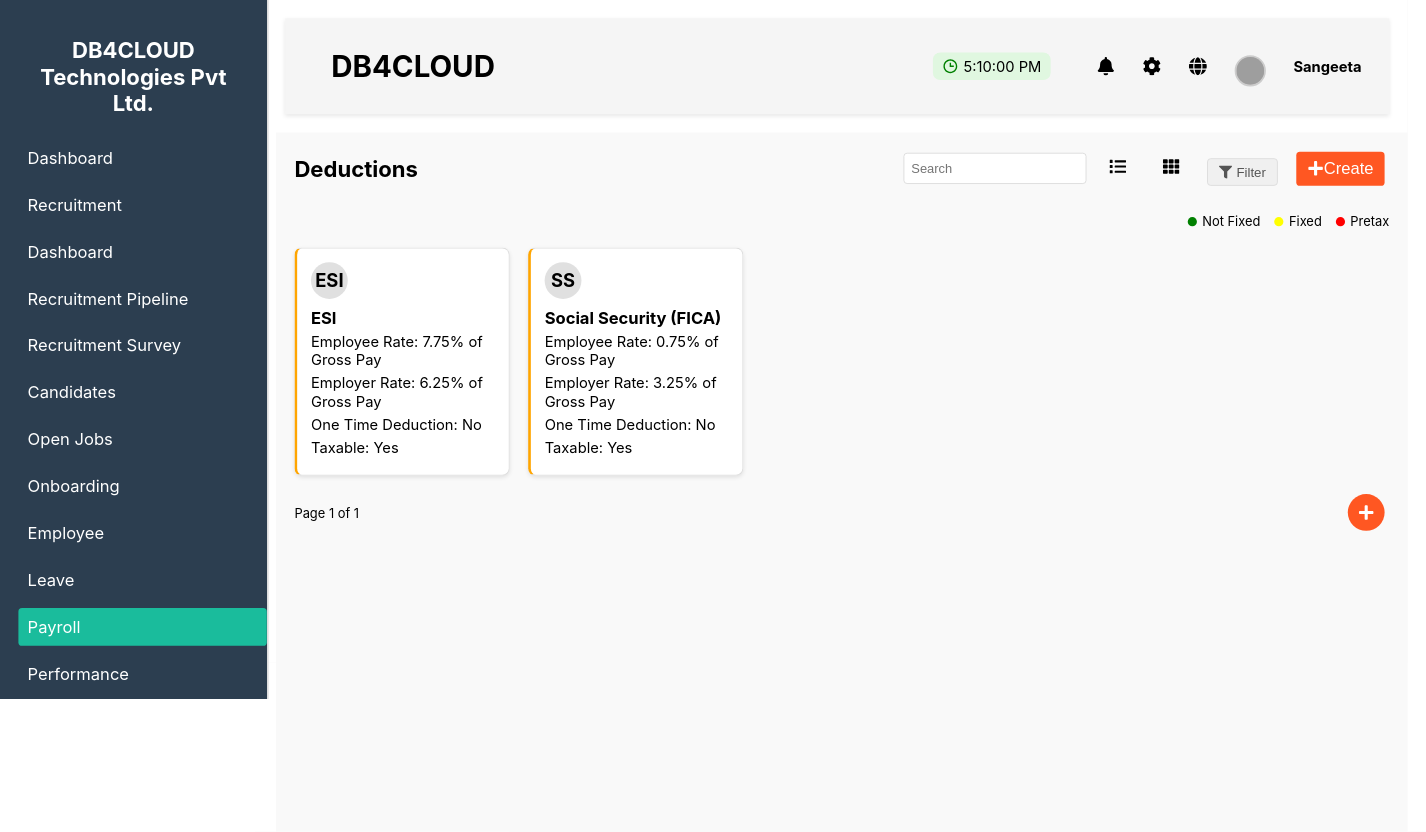
Repository: tinu-ns/Dev-code
Page: /payroll/deductions (app in HRMS-DEMO-Sang/hrms/)
These files come from the project's save history. The page is drawn as it stood at one moment and after the next save; the edit follows.
The browser window is 1280 px wide. The page is 1550 px wide, so the pictures cover 1550 px, including what lies to the right of the window. The pictures show the whole page, at 92% of full size.
Pictures or frames that could not be fetched are drawn as grey boxes. The project was rebuilt for these pictures with package versions that can differ from the ones it lists, and the page was loaded fresh each time. Also part of the build but not shown: HRMS-DEMO-Sang/hrms/src/components/Dashboard.js, HRMS-DEMO-Sang/hrms/src/components/Recruitment/RecruitmentDashboard.js, HRMS-DEMO-Sang/hrms/src/components/Recruitment/RecruitmentPipeline.js, HRMS-DEMO-Sang/hrms/src/components/Payroll/Allowances.js, HRMS-DEMO-Sang/hrms/src/components/Payroll/Contract.js, HRMS-DEMO-Sang/hrms/src/components/Payroll/Payslips.js, HRMS-DEMO-Sang/hrms/src/components/Payroll/PayrollDashboard.js, HRMS-DEMO-Sang/hrms/src/components/MainContent.css and 5 more.

Above is the page before, as saved 2024-11-11 16:30:10.

### HRMS-DEMO-Sang/hrms/src/App.css
.app{
  display: flex;
  height: 100vh;
  background-color: #f4f4f4;
  width: 100vw;
  padding-left: 250px;
}

.content-container{
  flex-grow: 1;
  padding: 20px;
  background-color: #fff;        /**/
  display: flex;
  flex-direction: column;
  width: calc(100% - 250px); /* Adjust width to account for sidebar */
}

.main-section{
  display: flex;
  justify-content: space-between;
  padding: 20px;
  width: 100%;
  height: 100%;
  flex-grow: 1;

}


.sidebar {
  width: 250px;
  background-color: #2c3e50;
  position: fixed;
  height: 100vh;
  flex-shrink: 0;
  position: fixed;
  left: 0;
  top: 0;
}

### HRMS-DEMO-Sang/hrms/src/components/Sidebar.css
 .container{
    display: flex;
    height: 100vh;
    margin-right: 10px;
}

/*
.content{
    flex-grow: 1;
    padding: 20px;
    padding-left: 50px;

}  */

.sidebar {
    width: 200px;
    height: 100vh;
    background-color: #503f2c;
    padding: 20px;
    color: white;
    height: 100vh;
    position: fixed;
    top: 0;
    left: 0;
    border-right: 2px solid #ddd;
    overflow-y: auto;        /* Allows vertical scrolling */
    margin-right: 200px;
    z-index: 1000;

  }



  .sidebar h2{
    text-align: center;
    margin-bottom: 30px;
    font-size: 24px;
  }

  .sidebar-list{
    list-style-type: none;
    padding: 0;
  }


  .sidebar-list li{
    margin-bottom: 15px;
  }

  .sidebar-list li a {
    color: white;
    text-decoration: none;
    font-size: 18px;
    padding: 10px;
    border-radius: 4px;
    display: block;
  }

  .sidebar-list li a:hover{
    color: #1abc9c;
  }

  .sidebar-list li a.active{
    background-color: #1abc9c;
    color: white;
  }

  .sidebar {
    width: 250px;
    background-color: #2E3A46;
    color: #FFF;
    padding: 20px;
    height: 100vh;
  }

  .sidebar h2 {
    font-size: 1.5em;
    margin-bottom: 1em;
  }

  .sidebar ul {
    list-style: none;
    padding: 0;
  }

  .sidebar li {
    margin: 10px 0;
  }

  .sidebar li ul {
    margin-top: 5px;
  }

  .sidebar a {
    color: #FFF;
    text-decoration: none;
  }

  .sidebar a:hover {
    text-decoration: underline;
  }

  .sidebar a.active {
    color: #20c997;
  }

  .sidebar ul li a:hover, .menu-toggle:hover {
    background-color: #34495e;
  }

  .menu-toggle {
    background: none;
    border: none;
    color: #ecf0f1;
    font-size: 1rem;
    text-align: left;
    cursor: pointer;
    width: 100%;
    padding: 10px;
  }

  .submenu {
    list-style-type: none;
    padding-left: 20px;
  }

  .submenu li a {
    padding-left: 20px;
    font-size: 0.9rem;
  }

### HRMS-DEMO-Sang/hrms/src/components/Recruitment/RecruitmentPipeline.css
.pipeline-container {
    padding: 20px;
    background-color: #f5f5f5;
    border-radius: 8px;
  }

  .pipeline-section {
    margin-top: 20px;
  }

  .pipeline-section h3 {
    background-color: #f8f9fa;
    padding: 10px;
    border-left: 5px solid #ffa500;
  }

  .recruitment-table {
    width: 100%;
    border-collapse: collapse;
  }

  .recruitment-table th,
  .recruitment-table td {
    padding: 10px;
    border-bottom: 1px solid #ddd;
    text-align: left;
  }

  .recruitment-table th {
    background-color: #f1f1f1;
  }

  button {
    padding: 5px 10px;
    margin: 0 5px;
    border: none;
    border-radius: 4px;
    cursor: pointer;
  }

  button:hover {
    background-color: #ddd;
  }

### HRMS-DEMO-Sang/hrms/src/components/Payroll/Deductions.css
.deduction-container {
    padding: 20px;
    background-color: #f9f9f9;
    width: 100%;
    height: 100vh;
  }

  .deduction-header {
    display: flex;
    justify-content: space-between;
    align-items: center;
    margin-bottom: 20px;
  }

  .deduction-header h2 {
    margin: 0;
    font-size: 24px;
  }
        /* For controlers like search filter list card icons*/
  .controls {
    display: flex;
    align-items: center;
    gap: 10px;
  }

  .search-input {
    padding: 8px;
    border: 1px solid #ccc;
    border-radius: 4px;
  }

  .view-toggle, .create-btn {
    background: none;
    border: none;
    font-size: 18px;
    cursor: pointer;
  }

  .filter-btn{
    background-color: #007bff;
    color: white;
    padding: 8px 12px;
    border: none;
    border-radius: 4px;
    cursor: pointer;
    display: flex;
    align-items: center;
    gap: 5px;
  }


  /*   for create account   */
   .create-btn {
    display: flex;
    align-items: center;
    padding: 8px 12px;
    background-color: #ff5722;
    color: white;
    border-radius: 4px;
    cursor: pointer;
  }


  .create-btn:hover {
    background-color: #0056b3;
  }

  .create-allowance-form {
    padding: 15px;
    margin-bottom: 20px;
    border: 1px solid #ccc;
    border-radius: 8px;
    background-color: #f9f9f9;
  }

  .allowances-list .allowance-item {
    padding: 10px;
    margin: 10px 0;
    border: 1px solid #ddd;
    border-radius: 5px;
  }

  .info-icon {
    margin-left: 5px;
    color: #888;
    cursor: pointer;
  }

  .info-icon:hover {
    color: #333;
  }

  /**/

  .status-indicators {
    display: flex;
    gap: 15px;
    font-size: 14px;
    margin-top: 10px;
    margin-bottom: 20px;
    justify-content: end;
  }

  .dot {
    display: inline-flex;
    align-items: center;
  }

  .dot::before {
    content: '';
    display: inline-block;
    width: 10px;
    height: 10px;
    margin-right: 6px;
    border-radius: 50%;
  }

  .not-fixed::before {
    background-color: green;
  }

  .fixed::before {
    background-color: yellow;
  }

  .non-taxable::before {
    background-color: gray;
  }

  .taxable::before {
    background-color: red;
  }

  .card-view {
    display: flex;
    gap: 20px;
    flex-wrap: wrap;

  }

  .allowance-card {
    background: white;
    border: 1px solid #ddd;
    border-radius: 8px;
    padding: 15px;
    width: 200px;
    box-shadow: 0 2px 5px rgba(0, 0, 0, 0.1);
    border-left: 3px solid rgb(255, 165, 0);
  }

  .card-icon {
    font-size: 20px;
    font-weight: bold;
    background: #e0e0e0;
    width: 40px;
    height: 40px;
    display: flex;
    align-items: center;
    justify-content: center;
    border-radius: 50%;
    margin-bottom: 10px;

  }

  .card-content h3 {
    margin: 0;
    font-size: 18px;
  }

  .card-content p {
    margin: 5px 0;
  }


  .list-view {
    background: white;
    border-radius: 8px;
    overflow: hidden;
    box-shadow: 0 2px 5px rgba(0, 0, 0, 0.1);
  }

  .table-container {
    overflow-x: auto;
    max-width: 100%;
    margin-top: 20px;
    position: relative;
    display: flex;
  }

  table {
    width: 100%;
    border-collapse: collapse;
  }

  th, td {
    padding: 5px;
    text-align: left;
  }

  thead th {
    background-color: #f0f0f0;
    position: sticky;
    top: 0;
    z-index: 2;
  }


  table th, table td {
    padding: 5px;
    text-align: left;
    border-bottom: 1px solid #ddd;
    border: 1px solid;
  }

  .sticky-column {
    position: sticky;
    left: 0;
    background-color: rgb(230, 220, 220);
    box-shadow: 2px 0 5px rgba(0, 0, 0, 0.1);
    z-index: 1;
    width: 150px;

  }

  /* Updated scrollable column style */
.scrollable-column {
    min-width: 120px; /* Minimum width for scrollable columns */
    border: 1px solid red;

  }

  .sticky-column:last-child {
    right: 0;
    left: auto;
  }

  tbody tr:nth-child(even) {
    background-color: #f9f9f9;
  }


  td.sticky-column {
    box-shadow: 2px 0 5px rgba(0, 0, 0, 0.1);

  }

  .edit-btn, .delete-btn {
    background: none;
    border: none;
    cursor: pointer;
    font-size: 16px;
    margin-right: 8px;
    display: flex;
  }

  .edit-btn {
    color: #007bff;
  }

  .delete-btn {
    color: #ff5722;
  }

  .footer {
    display: flex;
    justify-content: space-between;
    align-items: center;
    padding-top: 20px;
  }

  .footer span {
    font-size: 14px;
  }

  .add-btn {
    background-color: #ff5722;
    color: white;
    font-size: 18px;
    width: 40px;
    height: 40px;
    border: none;
    border-radius: 50%;
    display: flex;
    align-items: center;
    justify-content: center;
    cursor: pointer;
  }

  .filter-popup {
    position: absolute;
    top: 34%; /* Adjust based on your header */
    right: 50px; /* Adjust for alignment */
    background-color: white;
    border: 1px solid #ddd;
    border-radius: 8px;
    box-shadow: 0 4px 8px rgba(0, 0, 0, 0.1);
    padding: 16px;
    z-index: 100;
    width: 300px;
  }

  .filter-form .filter-row {
    margin-bottom: 10px;
  }

  .filter-form label {
    font-weight: bold;
  }

  .filter-form select {
    width: 100%;
    padding: 8px;
  }

  .filter-form button {
    width: 100%;
    padding: 10px;
    background-color: #4CAF50;
    color: white;
    border: none;
    cursor: pointer;
  }

  .filter-form button:hover {
    background-color: #45a049;
  }

  .active-filters {
    margin-top: 10px;
    display: flex;
    gap: 8px;
    flex-wrap: wrap;
  }

  .filter-tag {
    display: inline-flex;
    align-items: center;
    background-color: #f0f0f0;
    color: #333;
    padding: 4px 8px;
    border-radius: 20px;
    font-size: 14px;
  }

  .filter-tag button {
    background: none;
    border: none;
    color: #666;
    margin-left: 5px;
    font-size: 14px;
    cursor: pointer;
  }

  .filter-tag button:hover {
    color: #000;
  }

### HRMS-DEMO-Sang/hrms/src/components/Header.css
.bg-container{
  padding-left: 30px;

}

.header {
    background-color: #f5f5f5;
    padding: 10px 20px;
    display: flex;
    justify-content: space-between;
    align-items: center;
    box-shadow: 0px 2px 5px rgba(0, 0, 0, 0.1);
  }

  .header-left {
    display: flex;
    align-items: center;
  }

  .menu-button {
    font-size: 24px;
    background: none;
    border: none;
    cursor: pointer;
  }

  .h1{
    margin-left: 15px;
    font-size: 24px;
    color: red! important ;
  }

  .header-right{
    display: flex;
    align-items: center;
  }

  .icon{
    margin-left: 20px;
    font-size: 20px;
    cursor: pointer;
  }

  .time-box {
    display: flex;
    align-items: center;
    background-color: #e0f7e0;
    padding: 5px 10px;
    border-radius: 8px;
    margin-right: 20px;
  }

  .time-icon {
    margin-right: 5px;
    font-size: 18px;
    color: green;
  }

  .user-profile{
    display: flex;
    align-items: center;
    cursor: pointer;
    position: relative;
  }

  .user-avatar{
    padding: 20px;
  }

  .avatar{
    width: 40px;
    height: 40px;
    background-color: #d4d4d4;
    border-radius: 50%;
    display: flex;
    justify-content: center;
    align-items: center;
    font-size: 18px;
    color: white;
    margin-right: 10px;

  }

  .user-name{
    font-weight: bold;
  }

  .dropdown{
    position: absolute;
    top: 50px;
    right: 0;
    background-color: #fff;
    box-shadow: 0px 2px 8px rgba(0, 0, 0, 0.1);
    border-radius: 5px;
    z-index: 100;
  }

  .dropdown ul {
    list-style-type: none;
    padding: 10px;
    margin: 0;
  }

  .dropdown ul li {
    padding: 10px 15px;
    cursor: pointer;
  }

  .dropdown ul li:hover {
    background-color: #f5f5f5;
  }

  .user-info {
    display: flex;
    align-items: center;
  }

  .user-name {
    margin-right: 10px;
  }

### HRMS-DEMO-Sang/hrms/src/components/Payroll/CreateDeduction.css

.main-container{
    border: 1.5px solid rgb(246, 235, 235);
    padding: 20px;
    max-width: 700px;
    margin: 40px auto;
    background-color: #ffffff;
    box-shadow: 0 4px 10px rgba(0, 0, 0, 0.1);
    border-radius: 8px;
    height: 130vh;
  }

.create-allowance-container {
    padding: 30px;
    max-width: 700px;
    margin: 40px auto;
    background-color: #ffffff;
    border-radius: 8px;
    border: 1.5px solid rgb(216, 212, 212);

  }


  .create-allowance-container h2 {
    text-align: start;
    color: #333;
    font-size: 1.8rem;
    margin-bottom: 20px;

  }

  .create-allowance-container hr{
    margin-bottom: 30px;
  }

  .form-row {
    display: flex;
    justify-content: space-between;
    gap: 20px;
    margin-bottom: 20px;
  }

  .form-group {
    flex: 1;
  }

  .form-group.half-width {
    flex: 0.5;
  }

  .form-group label {
    display: flex;
    align-items: center;
    font-weight: 600;
    color: black;
    margin-bottom: 5px;
    font-size: 15px;
  }

  .form-group label span {
    color: #ff4d4d;
    margin-left: 4px;
  }

  .info-icon {
    margin-left: 5px;
    color: #888;
    cursor: help;
    font-size: 0.85rem;
  }

  input[type="text"],
  input[type="date"],
  input[type="number"],
  select {
    width: 100%;
    padding: 8px;
    border: 1px solid #ddd;
    border-radius: 4px;
    font-size: 1rem;
    font-size: 14px;
    color: rgb(199, 108, 137);

  }

  .filter-btn {
    background-color: #f0f0f0;
    color: #555;
    padding: 6px 12px;
    border: 1px solid #ddd;
    border-radius: 4px;
    font-size: 0.9rem;
    cursor: pointer;
    margin-top: 8px;
  }

  .filter-icons {
    display: flex;
    gap: 5px;
    margin-top: 8px;
    justify-content: end;
    padding: 6px;
  }

  .small-filter-icon {
    font-size: 1.2rem;
    color: orangered;
    text-align: end;
  }

  .filter-span{
    color: orangered;
  }

  /* Toggle Switch */
  .toggle-switch {
    position: relative;
    display: inline-block;
    width: 40px;
    height: 20px;
    margin-top: 8px;
  }

  .toggle-switch input {
    opacity: 0;
    width: 0;
    height: 0;
  }

  .slider {
    position: absolute;
    cursor: pointer;
    top: 0;
    left: 0;
    right: 0;
    bottom: 0;
    background-color: rgb(219, 198, 198);
    transition: 0.4s;
    border-radius: 20px;
  }

  .slider:before {
    position: absolute;
    content: "";
    height: 16px;
    width: 16px;
    left: 2px;
    bottom: 2px;
    background-color: white;
    transition: 0.4s;
    border-radius: 50%;
  }

  input:checked + .slider {
    background-color: orangered;
  }

  input:checked + .slider:before {
    transform: translateX(15px);
  }

  .condition-options{
    font-size: 12px;
    color: rgb(151, 146, 146);
  }

  /* Multi-select box and tag styles */
.multi-select-box {
    display: flex;
    flex-wrap: wrap;
    align-items: center;
    gap: 5px;
    border: 1px solid #ddd;
    padding: 5px;
    border-radius: 4px;
    background-color: #f9f9f9;
  }

  .tag {
    display: flex;
    align-items: center;
    background-color: #a8b4c0;
    color: #ffffff;
    border-radius: 12px;
    padding: 5px 10px;
    font-size: 0.9rem;
    margin: 3px;
  }

  .remove-tag {
    margin-left: 8px;
    cursor: pointer;
    font-weight: bold;
    font-size: 1.1rem;
  }

  /* Avatar styling for selected employee */
.avatar-container{
    display: flex;
  }
.avatar {
    margin-top: 10px;
    display: flex;
    justify-content: center;
    align-items: center;
    width: 30px;
    height: 30px;
    background-color: #b5b0b0;
    border-radius: 50%;
    font-size: 13px;
    font-weight: bold;
    color: #ffffff;
    text-transform: uppercase;
    border: 2px solid #ccc;
  }

  .avatar-text {
    text-align: center;
    line-height: 40px; /* Centers text vertically */
  }

  /* Modal Styling */
.modal {
    position: fixed;
    top: 0;
    left: 0;
    right: 0;
    bottom: 0;
    background: rgba(0, 0, 0, 0.5);
    display: flex;
    align-items: center;
    justify-content: center;
    z-index: 1000;
  }

  .modal-content {
    background: white;
    width: 500px;
    padding: 20px;
    border-radius: 8px;
    position: relative;
  }

  .close-modal {
    position: absolute;
    top: 10px;
    right: 10px;
    background: transparent;
    border: none;
    font-size: 1.5em;
    cursor: pointer;
  }

  .search-bar {
    width: 100%;
    padding: 10px;
    margin-bottom: 15px;
    border: 1px solid #ddd;
    border-radius: 5px;
  }

  .employee-list {
    max-height: 200px;
    overflow-y: auto;
    padding: 5px;
  }

  .employee-item {
    display: flex;
    align-items: center;
    justify-content: space-between;
    padding: 8px;
    border-bottom: 1px solid #eee;
  }

  .employee-item .avatar {
    width: 30px;
    height: 30px;
    background-color: #007bff;
    color: white;
    display: flex;
    align-items: center;
    justify-content: center;
    border-radius: 50%;
    margin-right: 10px;
  }

  .add-employee {
    background-color: #28a745;
    color: white;
    border: none;
    padding: 5px 10px;
    border-radius: 5px;
    cursor: pointer;
  }

  .add-employee:hover {
    background-color: #218838;
  }

  .save-btn-container {
    display: flex;
    justify-content: flex-end;
    align-items: center;
    flex: 0.5;
  }

  .save-btn {
    padding: 12px 20px;
    background-color: #1bc429;
    color: #ffffff;
    border: none;
    border-radius: 4px;
    font-size: 1.2rem;
    font-weight: 500;
    cursor: pointer;
    transition: background-color 0.3s;
  }

  .save-btn:hover {
    background-color: #59da61;
  }

  @media (max-width: 600px) {
    .form-row {
      flex-direction: column;
    }
  }

Loaded but not shown: HRMS-DEMO-Sang/hrms/public/index.html (common file); HRMS-DEMO-Sang/hrms/src/index.js (common file); HRMS-DEMO-Sang/hrms/src/index.css (common file); HRMS-DEMO-Sang/hrms/src/reportWebVitals.js (common file); HRMS-DEMO-Sang/hrms/src/components/Payroll/Deductions.js (344 lines, source omitted); HRMS-DEMO-Sang/hrms/src/components/Sidebar.js (102 lines, source omitted); HRMS-DEMO-Sang/hrms/src/components/Header.js (91 lines, source omitted); HRMS-DEMO-Sang/hrms/src/App.js (55 lines, source omitted); HRMS-DEMO-Sang/hrms/src/components/Payroll/PayrollDashboard.css (359 lines, source omitted); HRMS-DEMO-Sang/hrms/src/components/Payroll/Allowances.css (356 lines, source omitted); HRMS-DEMO-Sang/hrms/src/components/Payroll/Contract.css (341 lines, source omitted); HRMS-DEMO-Sang/hrms/src/components/Payroll/CreateAllowance.css (328 lines, source omitted)

After the next save:
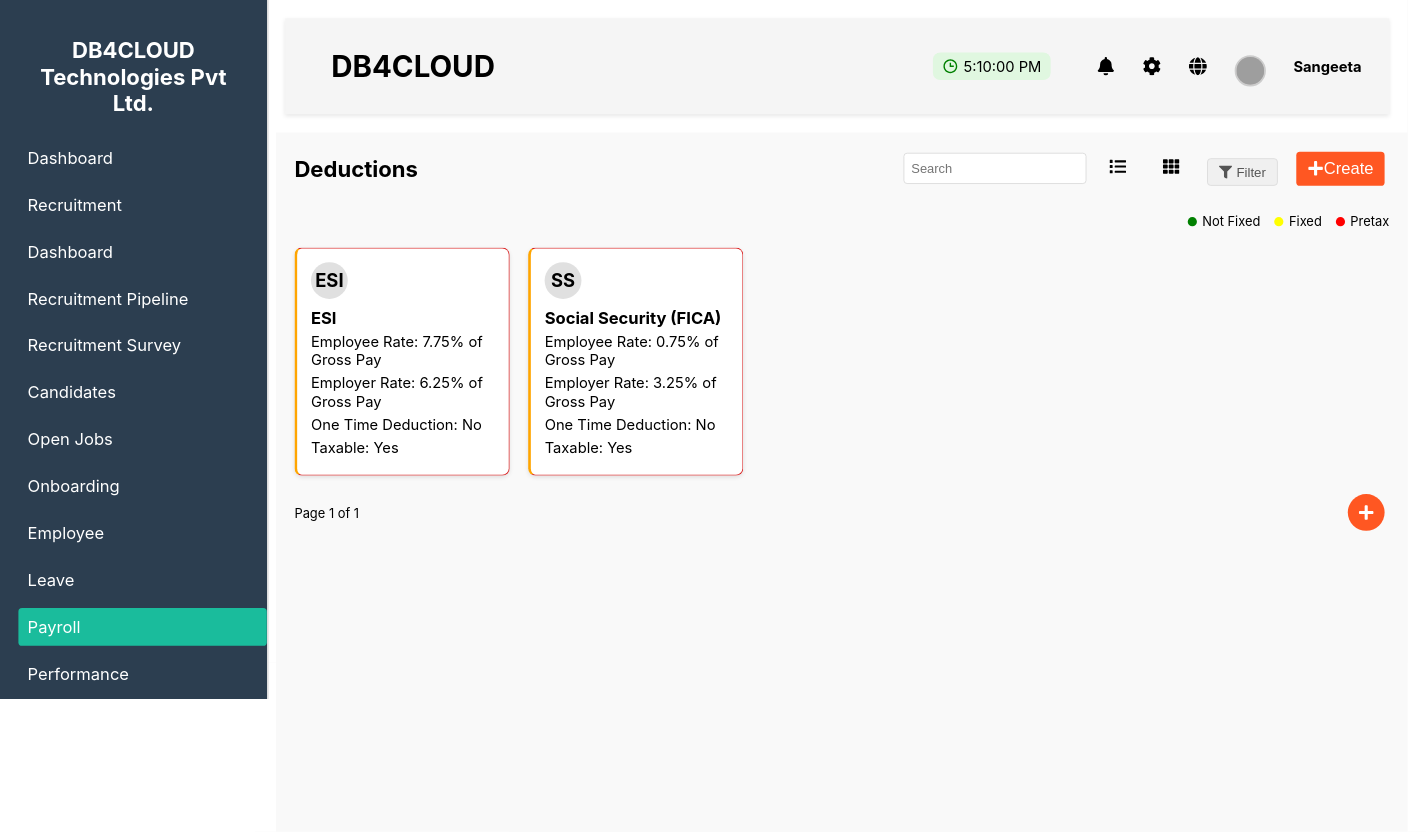
Saved 4 min 4 s later.
--- a/HRMS-DEMO-Sang/hrms/src/components/Payroll/Deductions.css
+++ b/HRMS-DEMO-Sang/hrms/src/components/Payroll/Deductions.css
@@ -140,7 +140,7 @@
 
   .allowance-card {
     background: white;
-    border: 1px solid #ddd;
+    border: 1px solid #da2222;
     border-radius: 8px;
     padding: 15px;
     width: 200px;

After the save that followed:
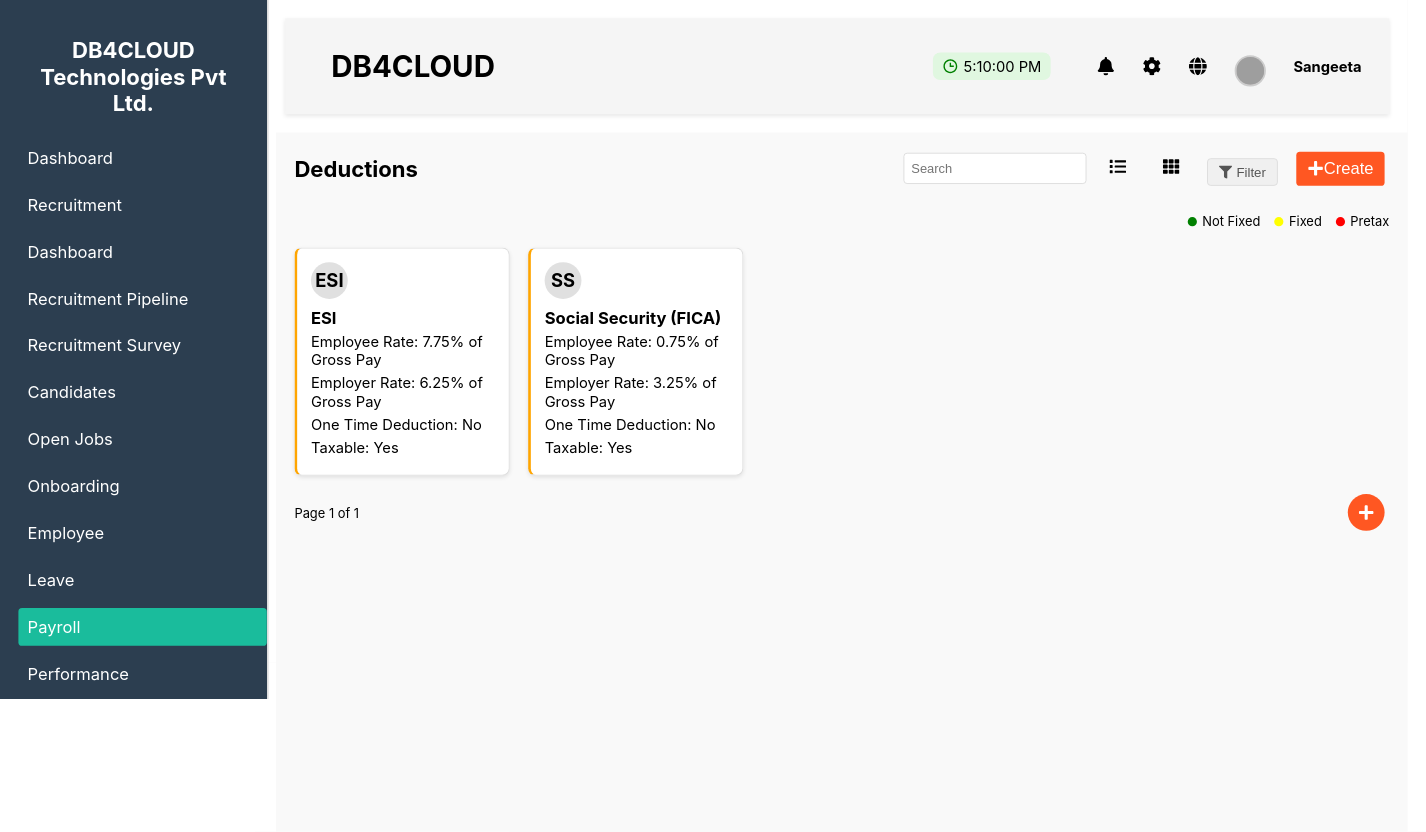
Saved 18 s later.
--- a/HRMS-DEMO-Sang/hrms/src/components/Payroll/Deductions.css
+++ b/HRMS-DEMO-Sang/hrms/src/components/Payroll/Deductions.css
@@ -140,7 +140,7 @@
 
   .allowance-card {
     background: white;
-    border: 1px solid #da2222;
+    border: 1px solid #ddd;
     border-radius: 8px;
     padding: 15px;
     width: 200px;
